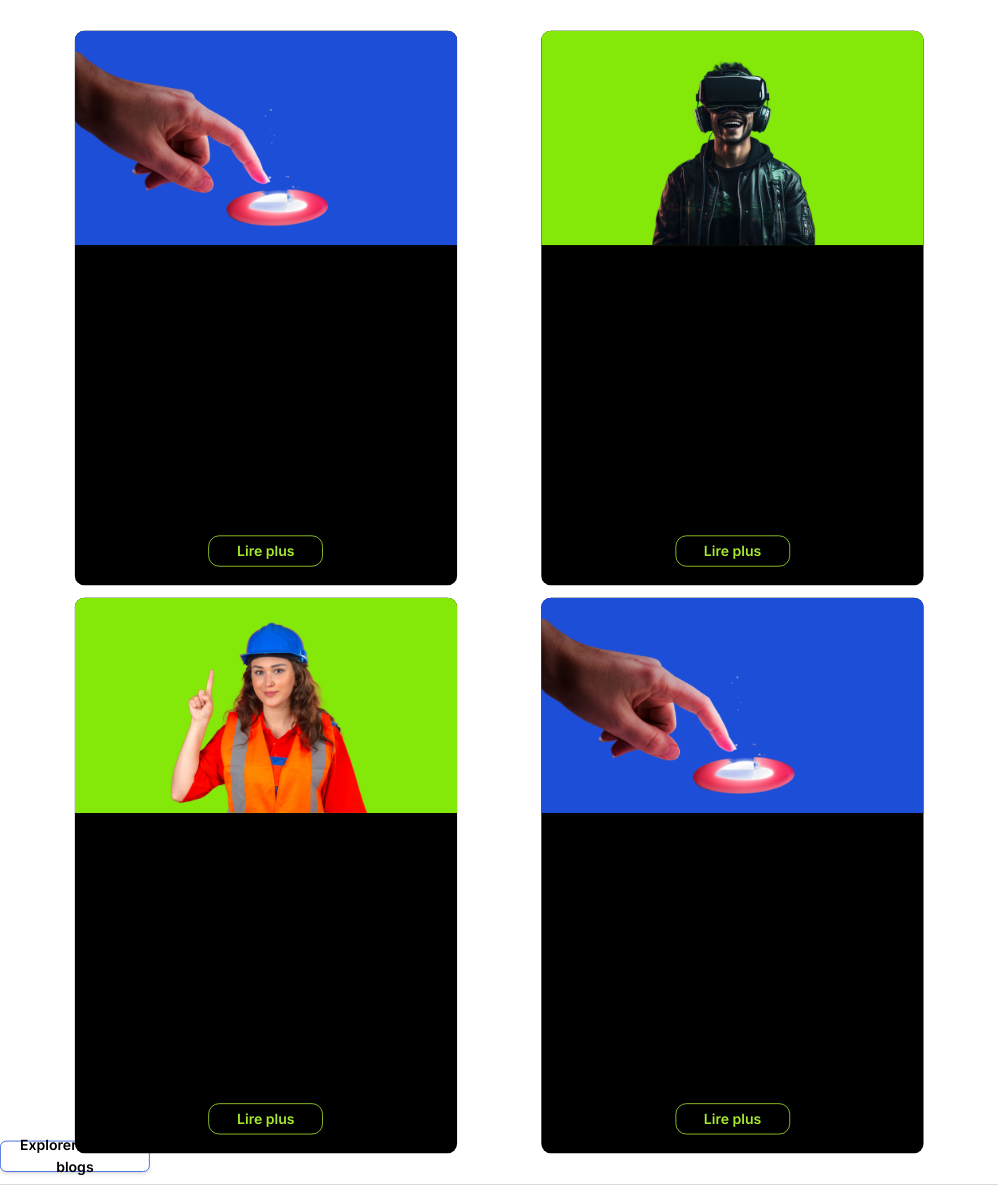
Repository: NassimeElkamari/test
Page: /blogs
These files come from the project's save history. The page is drawn as it stood at one moment and after a run of saves; the edit follows.
The browser window is 1280 px wide. The pictures show the part of the page from y = 652 to 2189 px (the page is 2171 px tall before and 2189 px after), at 78% of full size.
The project was rebuilt for these pictures with package versions that can differ from the ones it lists, and the page was loaded fresh each time. The framework's server and built-in components were replaced by stand-ins that run in the browser. Also part of the build but not shown: next.config.mjs.

Above is the page before, as saved 2024-06-12 16:01:54.

After the next 2 saves:
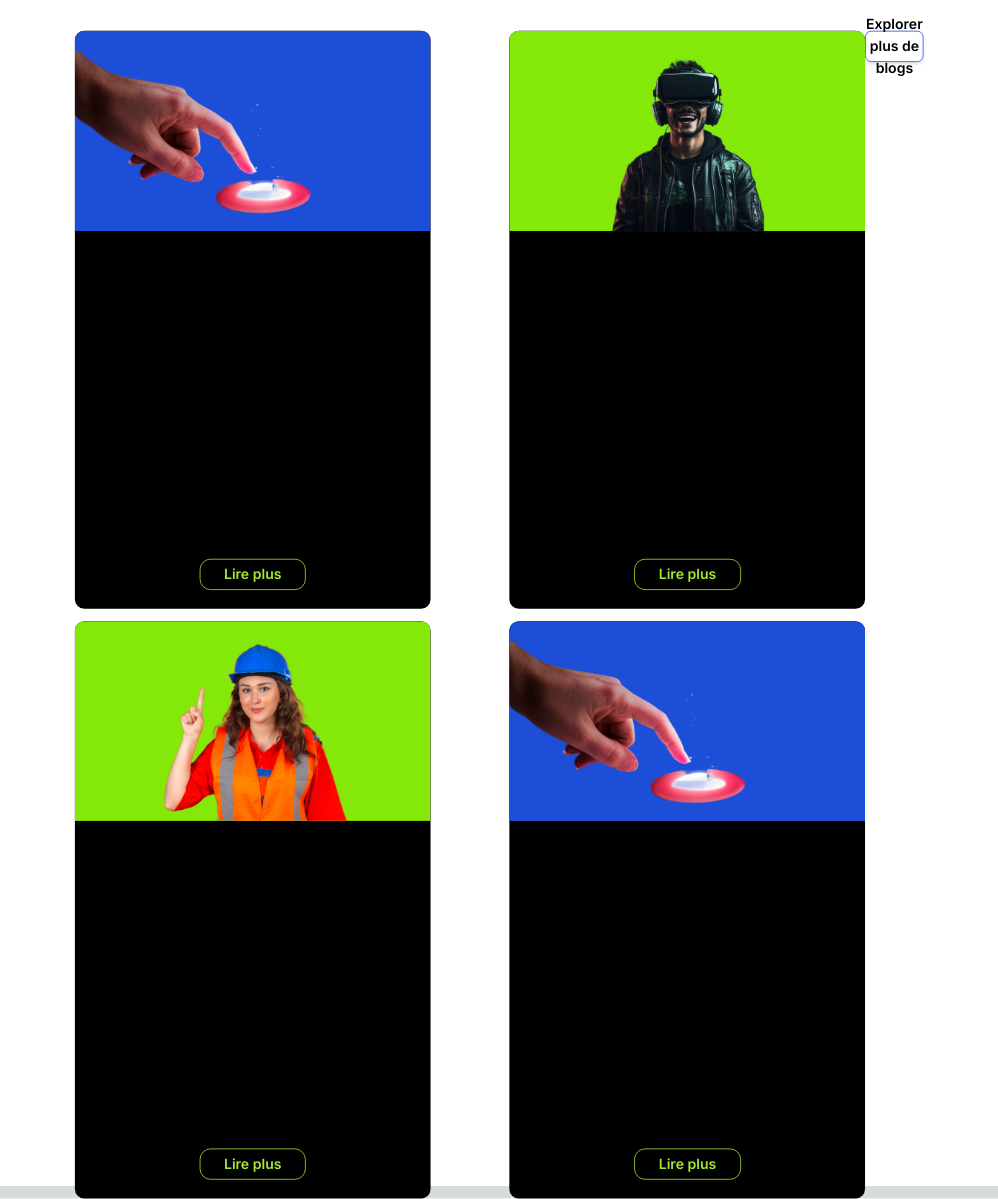
The 2 saves are shown as one change because they came seconds apart.
The last was saved 6 s later.
--- a/src/app/blogs/page.tsx
+++ b/src/app/blogs/page.tsx
@@ -63,10 +63,12 @@
               ))}
       </div>
 
-    </div>
-    <div className="bg-transparent rounded-lg shadow-md w-[15%] text-center h-10 mb-4 border border-[#1D4ED8] flex items-center justify-center">
+      <div className="bg-transparent rounded-lg shadow-md w-[15%] text-center h-10 mb-4 border border-[#1D4ED8] flex items-center justify-center">
               <h2 className="text-lg font-semibold">Explorer plus de blogs </h2>
             </div>
+
+    </div>
+
 
 
     </div>

After the save that followed:
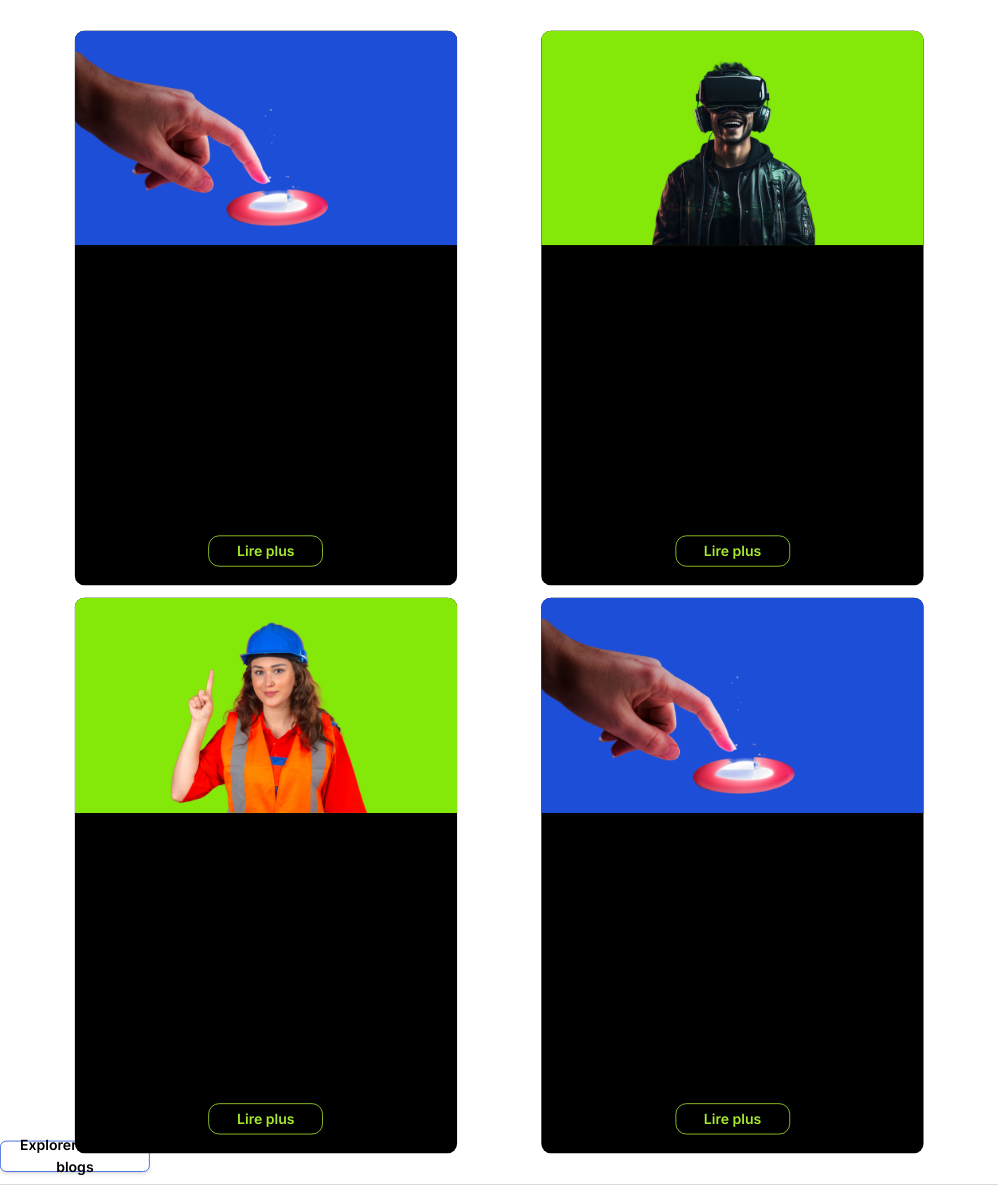
Saved 13 s later.
--- a/src/app/blogs/page.tsx
+++ b/src/app/blogs/page.tsx
@@ -63,12 +63,10 @@
               ))}
       </div>
 
-      <div className="bg-transparent rounded-lg shadow-md w-[15%] text-center h-10 mb-4 border border-[#1D4ED8] flex items-center justify-center">
+    </div>
+    <div className="bg-transparent rounded-lg shadow-md w-[15%] text-center h-10 mb-4 border border-[#1D4ED8] flex items-center justify-center">
               <h2 className="text-lg font-semibold">Explorer plus de blogs </h2>
             </div>
-
-    </div>
-
 
 
     </div>
